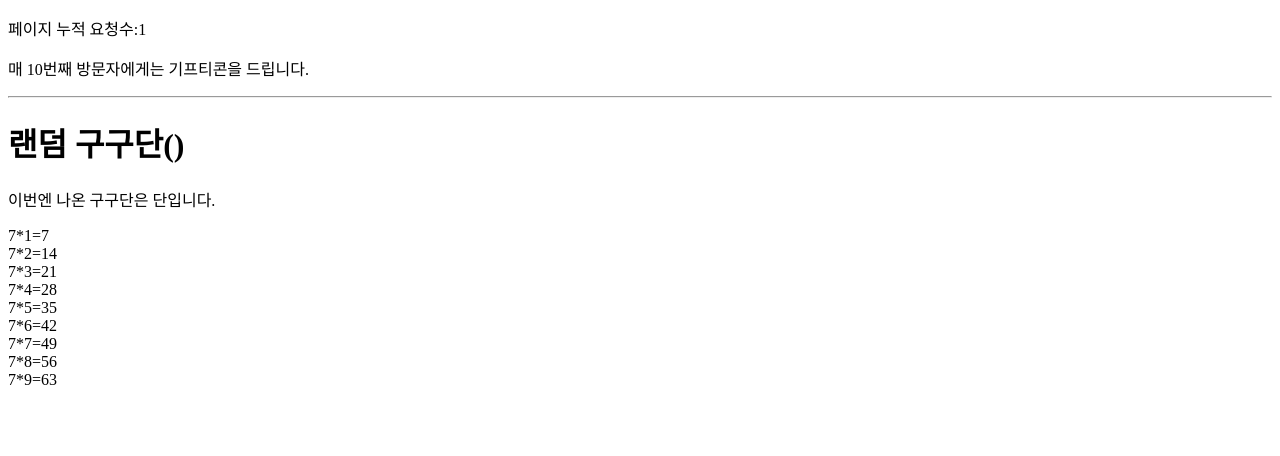
Repository: djdh94/jsp_practice
Page: http://localhost/JSPBasic/jspObject/3.cookie/test.jsp
These files come from the project's save history. The page is drawn as it stood at one moment and after the next save; the edit follows.
The browser window is 1280 px wide. The pictures show the whole page.
The page is served by Tomcat 9.

Above is the page before, as saved 2022-02-05 02:58:32.

After the next save:
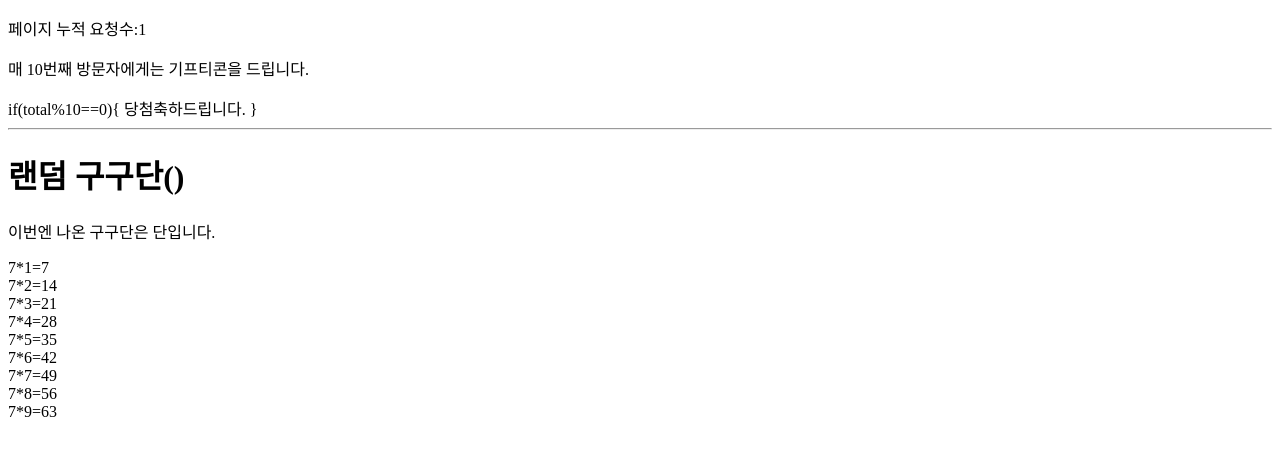
Saved 47 s later.
--- a/JSPBasic/src/main/webapp/jspObject/3.cookie/test.jsp
+++ b/JSPBasic/src/main/webapp/jspObject/3.cookie/test.jsp
@@ -18,6 +18,9 @@
 	%>
 	<p>페이지 누적 요청수:<%=++total %></p>
 	<p>매 10번째 방문자에게는 기프티콘을 드립니다.</p>
+	if(total%10==0){
+	당첨축하드립니다.
+	}
 	<hr/>
 	<h1>랜덤 구구단()</h1>
 	<p>이번엔 나온 구구단은 단입니다.</p>

After the save that followed:
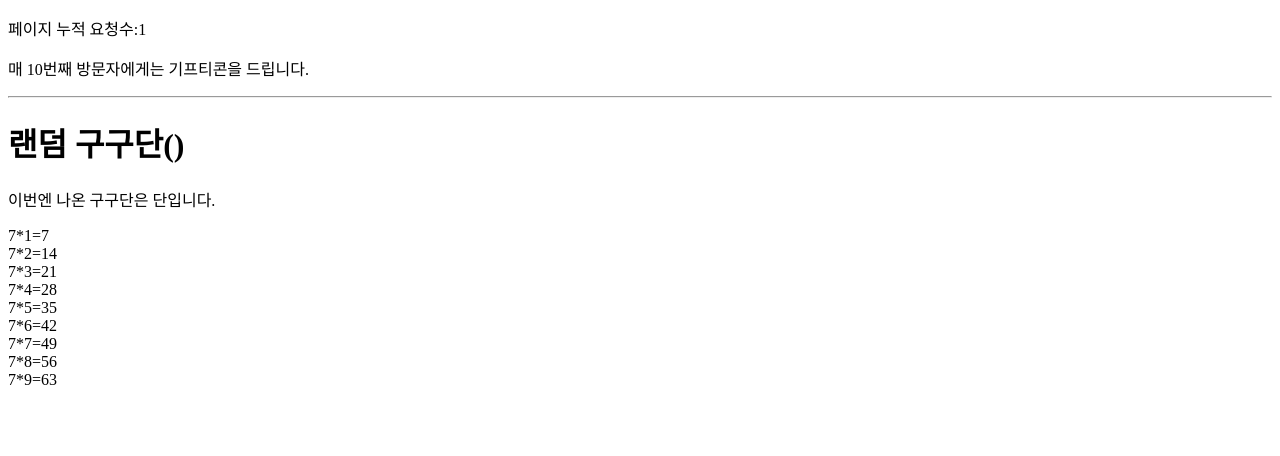
Saved 14 s later.
--- a/JSPBasic/src/main/webapp/jspObject/3.cookie/test.jsp
+++ b/JSPBasic/src/main/webapp/jspObject/3.cookie/test.jsp
@@ -18,9 +18,9 @@
 	%>
 	<p>페이지 누적 요청수:<%=++total %></p>
 	<p>매 10번째 방문자에게는 기프티콘을 드립니다.</p>
-	if(total%10==0){
+	<% if(total%10==0){%>
 	당첨축하드립니다.
-	}
+	<% }%>
 	<hr/>
 	<h1>랜덤 구구단()</h1>
 	<p>이번엔 나온 구구단은 단입니다.</p>
